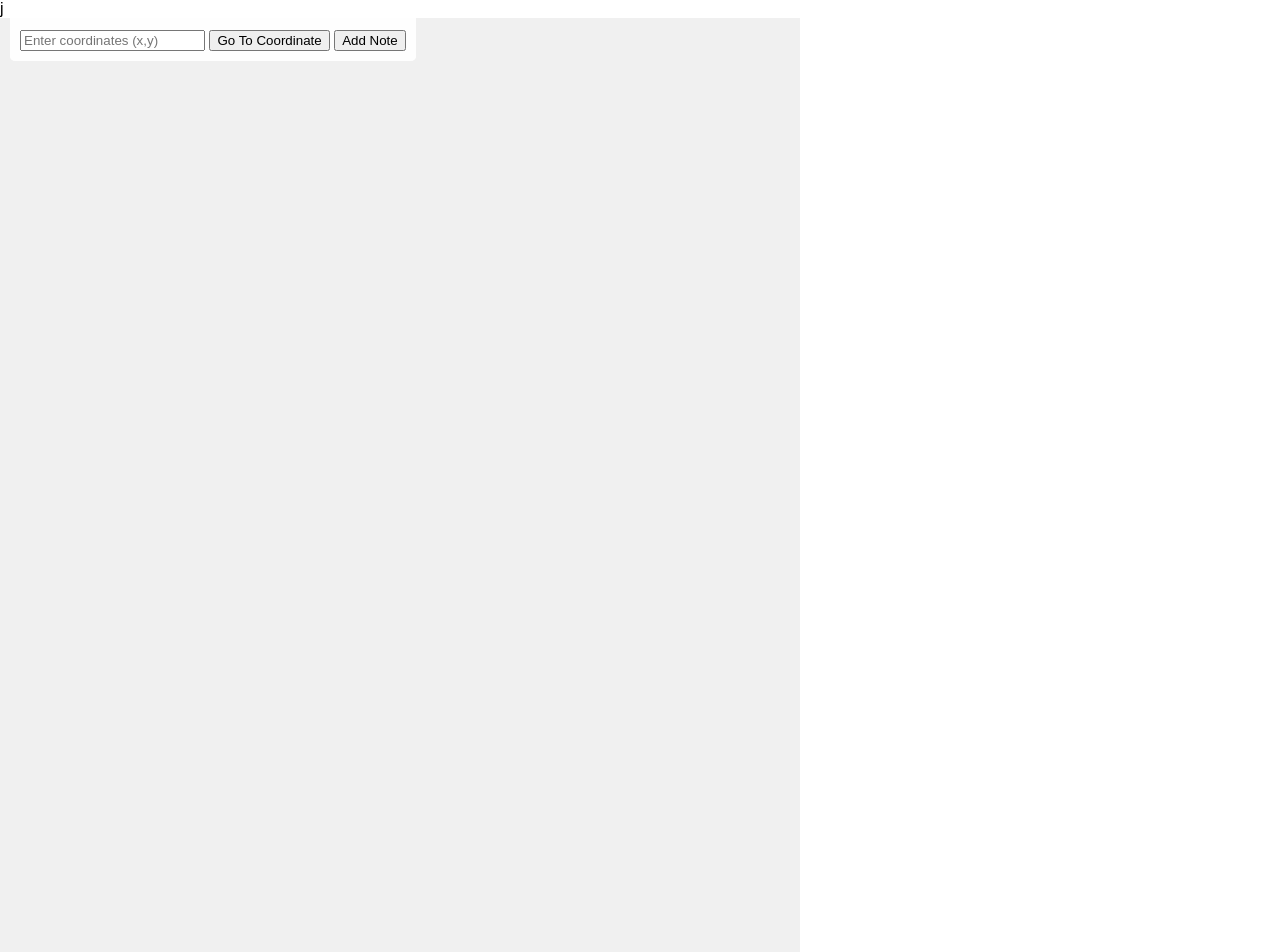
Repository: sundarsharma332/infinitynotes
Page: index.html
The author's editor kept a copy of each file at every save. The page is drawn from the files as they stood at one save, then again after the next save.
The browser window is 1280 px wide. The pictures show the part of the page from y = 0 to 952 px (the page is 1218 px tall).

Above is the page before, as saved 2024-10-18 19:55:20.
Not found: script.js
Not found: styles.css

After the next save:
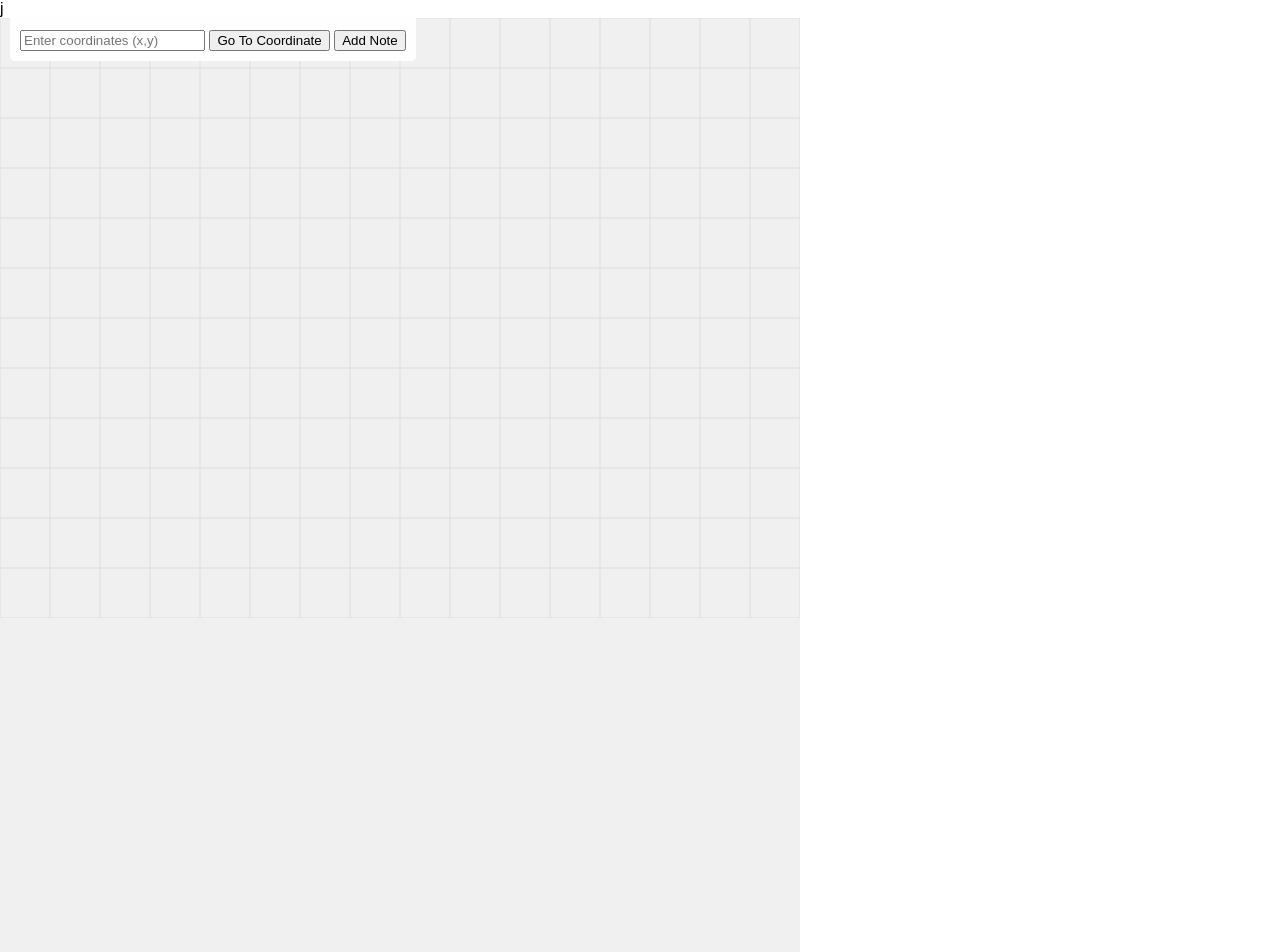
Saved 13 s later.
--- a/index.html
+++ b/index.html
@@ -57,7 +57,7 @@ j
     </div>
 
     <!-- Scripts -->
-    <script src="script.js"></script>
+    <script src="app.js"></script>
 </body>
 
 </html>
